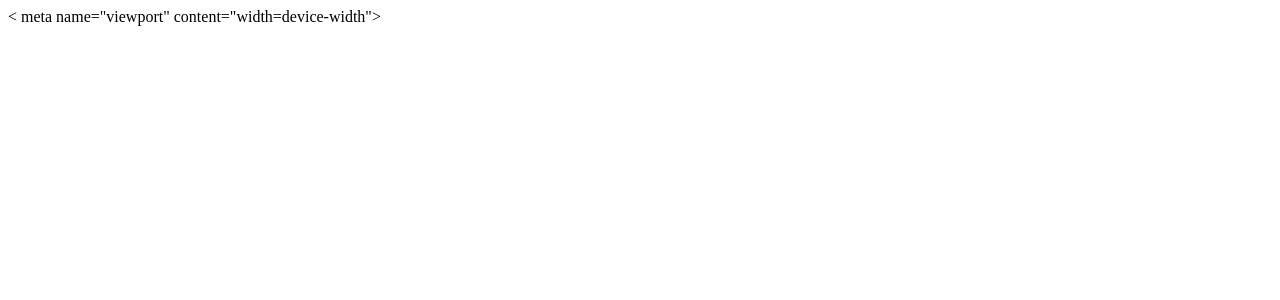
Repository: Rock-ass/New-folder--2-
Page: index.html
An editor plug-in stored every save of this project. The page is shown before and after a run of saves, followed by the edit.
The browser window is 1280 px wide. The pictures show the whole page.

Above is the page before, as saved 2021-12-24 21:03:03.

### index.html
<!DOCTYPE html>
<html lang="en">
    <html>
<head>
<meta charset="UTF-8">
< meta name="viewport"  content="width=device-width">
</head>



<body>

</body>





















    </html>

After the next 3 saves:
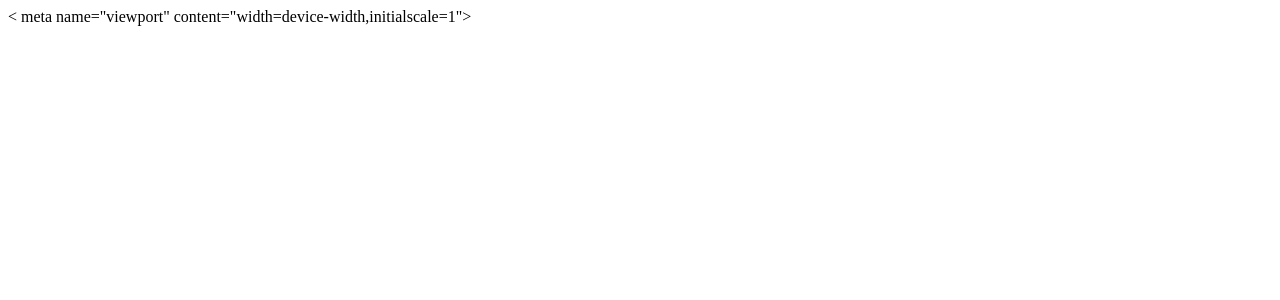
The 3 saves are shown as one change because they came seconds apart.
The last was saved 10 s later.
--- a/index.html
+++ b/index.html
@@ -3,7 +3,7 @@
     <html>
 <head>
 <meta charset="UTF-8">
-< meta name="viewport"  content="width=device-width">
+< meta name="viewport"  content="width=device-width,initialscale=1">
 </head>
 
 
